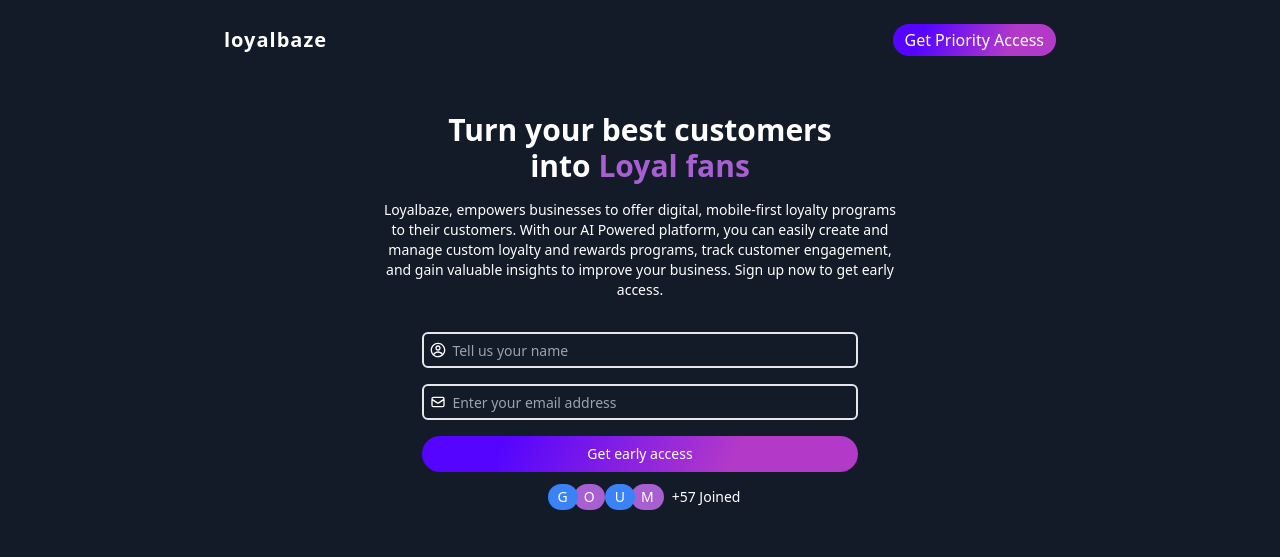
Repository: Jerified/loyalbaze
Page: /
These files come from the project's save history. The page is drawn as it stood at one moment and after the next save; the edit follows.
The browser window is 1280 px wide. The pictures show the whole page.
The project was rebuilt for these pictures with package versions that can differ from the ones it lists, and the page was loaded fresh each time. The framework's server and built-in components were replaced by stand-ins that run in the browser. Also part of the build but not shown: next.config.js.

Above is the page before, as saved 2023-02-10 23:29:55.

### src/app/layout.tsx
import Header from '@/components/Header'

import './globals.css'
import Providers from './Providers';

export default function RootLayout({
  children,
}: {
  children: React.ReactNode
}) {
  return (
    <html lang="en">
      <head />
      <body>
          <Header />
          {children}
      </body>
    </html>
  );
}

### src/app/page.tsx
import Contents from "@/components/Contents";


export default async function Home() {

  return  (
  <main className='max-w-6xl mx-auto px-8'>
    <Contents />
  </main>
  )
}

### src/components/Header.tsx

import { AiFillHome } from "react-icons/ai";
import { BsFillInfoCircleFill } from "react-icons/bs";
import Link from "next/link";

export default function Header() {
  return (
    <div className="flex justify-between px-8 max-w-4xl sm:mx-auto items-center py-6">
      <div className="text-xl font-semibold tracking-wider ">loyalbaze</div>

      <button className=" px-3 py-1 rounded-full bg-[linear-gradient(112.92deg,_#5404FF_18.35%,rgba(189,_59,_210,_0.94)_71.49%)]">
        <div className="bg-inherit">Get Priority Access</div>
      </button>
    </div>
  );
}

### src/app/globals.css
@tailwind base;
@tailwind components;
@tailwind utilities;

body{
  background-color: #121B27;
  color: white
}

### src/components/Contents.tsx
import React from 'react'
import {CgProfile} from 'react-icons/cg'
import { HiOutlineMail } from "react-icons/hi";

const Contents = () => {
  return (
    <div className="pt-8  pb-16">
      <h1 className="font-bold text-center text-3xl max-w-sm mx-auto ">
        Turn your best customers into{" "}
        <span className="text-[#A75FD2] ">Loyal fans</span>
      </h1>
      <p className="text-center pt-4 max-w-[22rem] md:max-w-lg mx-auto text-sm ">
        Loyalbaze, empowers businesses to offer digital, mobile-first loyalty
        programs to their customers. With our AI Powered platform, you can
        easily create and manage custom loyalty and rewards programs, track
        customer engagement, and gain valuable insights to improve your
        business. Sign up now to get early access.
      </p>
      <form action="" className="pt-8 grid place-items-center gap-4 pb-3">
        <div className="w-[80%] md:w-[60%] lg:w-[40%] relative flex items-center">
          <input
            type="text"
            className=" bg-inherit border-2 w-full rounded-md py-1 px-2 pl-7 placeholder:text-[14px] "
            placeholder="Tell us your name"
          />
          <CgProfile className="absolute left-2 top-[50%] -translate-y-[50%]" />
        </div>
        <div className="w-[80%] md:w-[60%] lg:w-[40%] relative flex items-center">
          <input
            type="text"
            className=" bg-inherit border-2 w-full rounded-md py-1 px-2 pl-7 placeholder:text-[14px] placeholder:pt-[-1px] "
            placeholder="Enter your email address"
          />
          <HiOutlineMail className="absolute left-2 top-[50%] -translate-y-[50%]" />
        </div>
        <button className="text-sm bg-[linear-gradient(112.92deg,_#5404FF_18.35%,rgba(189,_59,_210,_0.94)_71.49%)] rounded-full w-[80%] md:w-[60%] lg:w-[40%] py-2">
          Get early access
        </button>
      </form>
      <div className="flex relative text-sm justify-center items-center">
          <p className="bg-blue-500 rounded-full w-fit px-[10px] py-[3px] relative  left-2 z-10">
            G
          </p>
          <p className="bg-[#A75FD2] rounded-full w-fit px-[10px] py-[3px] relative left-1">
            O
          </p>
          <p className="bg-blue-500 rounded-full w-fit px-[10px] py-[3px] relative left-1">
            U
          </p>
          <p className="bg-[#A75FD2] rounded-full w-fit px-[10px] py-[3px]">
            M
          </p>
          <p className="pl-2 font-medium">+57 Joined</p>
      </div>
    </div>
  );
}

export default Contents

### tailwind.config.js
/** @type {import('tailwindcss').Config} */
module.exports = {
  content: ["./src/**/*.{html,js,jsx,ts,tsx}"],
  theme: {
    extend: {},
  },
  plugins: [],
  darkMoode:"class"
}

After the next save:
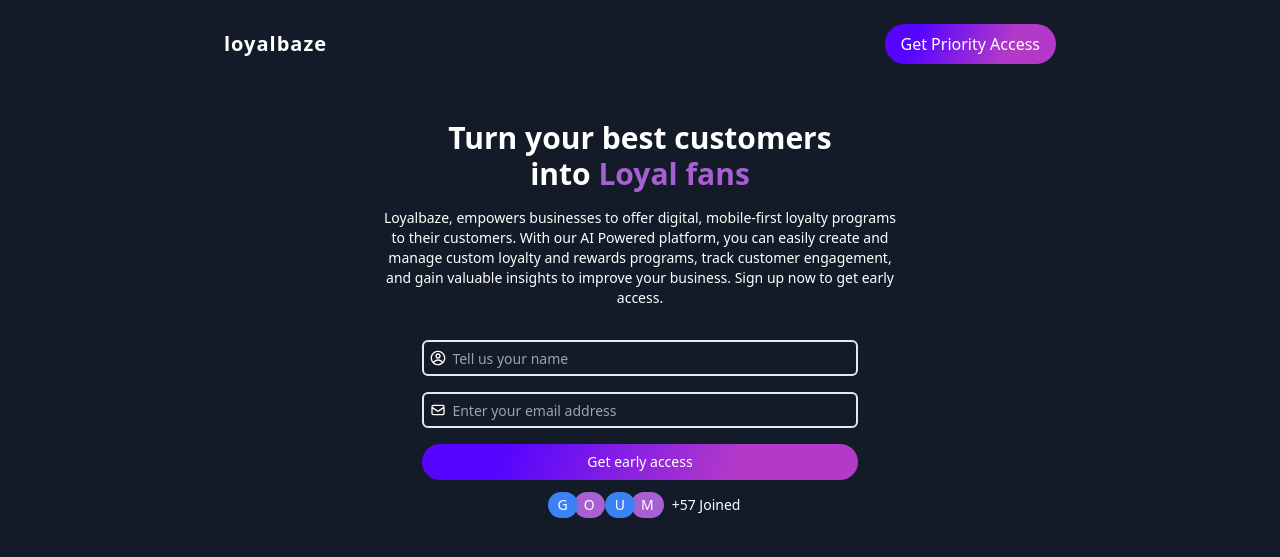
Saved 32 s later.
--- a/src/components/Header.tsx
+++ b/src/components/Header.tsx
@@ -9,7 +9,7 @@ export default function Header() {
       <div className="text-xl font-semibold tracking-wider ">loyalbaze</div>
 
       <button className=" px-3 py-1 rounded-full bg-[linear-gradient(112.92deg,_#5404FF_18.35%,rgba(189,_59,_210,_0.94)_71.49%)]">
-        <div className="bg-inherit">Get Priority Access</div>
+        <div className="bg-inherit p-1">Get Priority Access</div>
       </button>
     </div>
   );
